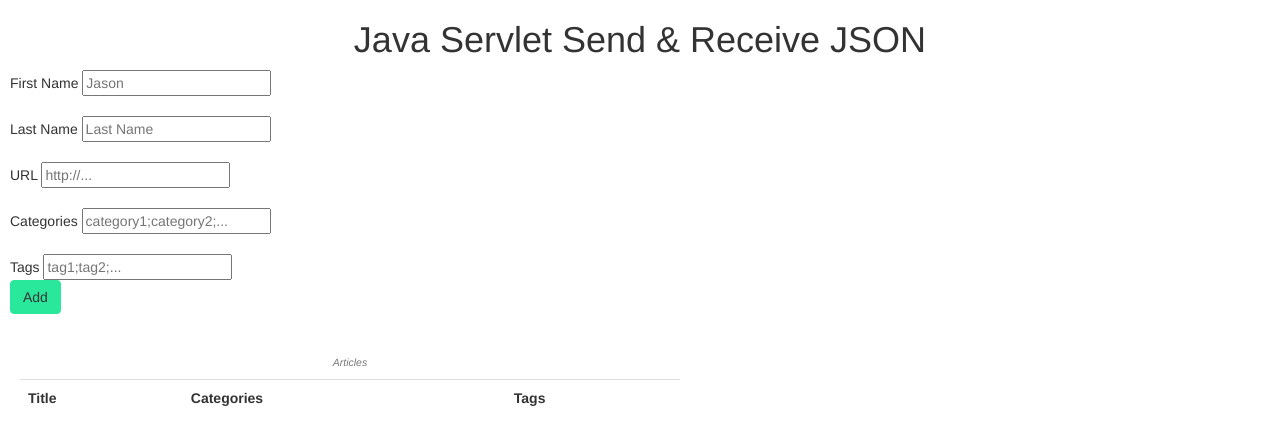
Repository: Zacharilius/JaSON
Page: JaSON_DynWebProj/WebContent/index.html
The author's editor kept a copy of each file at every save. The page is drawn from the files as they stood at one save, then again after the next save.
The browser window is 1280 px wide. The pictures show the whole page.

Above is the page before, as saved 2015-02-15 16:17:09.
Not found: JaSON_DynWebProj/WebContent/js/myfunctions.js

### JaSON_DynWebProj/WebContent/index.html
<!DOCTYPE HTML>
<html>
<head>
<meta charset="utf-8">
<title>Java Servlet JSON</title>
<script src="js/jquery.min.js"></script>

<!-- bootstrap just to have good looking page -->
<link href="bootstrap/bootstrap.min.css" type="text/css" rel="stylesheet" />

<!-- we code these -->
<script src="js/myfunctions.js"></script>

</head>

<body>

    <h1 style="text-align:center">Java Servlet Send & Receive JSON<br></h1>

    <!-- article inputs -->
    <div class="article" style="margin:10px;">
        <div class="input-prepend">
            <span class="add-on">First Name</span>
            <input class="span4" id="firstName" name="firstName" type="text" placeholder="Jason">
        </div>
        <br/>
        <div class="input-prepend">
            <span class="add-on">Last Name</span>
            <input class="span4" id="lastName" name="lastName" type="text" placeholder="Last Name">
        </div>
        <br/>
        <div class="input-prepend">
            <span class="add-on">URL</span>
            <input class="span4" id="url" name="url" type="text" placeholder="http://...">
        </div>
        <br/>
        <div class="input-prepend">
            <span class="add-on">Categories</span>
            <input class="span2" id="categories" name="categories" type="text" placeholder="category1;category2;...">
        </div>
        <br/>
        <div class="input-prepend">
            <span class="add-on">Tags</span>
            <input class="span2" id="tags" name="tags" type="text" placeholder="tag1;tag2;...">
        </div>
        <p>
            <button class="btn btn-primary" type="button" onclick="sendAjax()">Add</button>
        </p>
    </div>

    <!-- display all articles -->
    <div style="width:700px;padding:20px;S">
        <h5 style="text-align:center"><i style="color:#ccc"><small>Articles</small></i></h5>

        <table id="added-articles" class="table">
            <tr>
                <th>Title</th>
                <th>Categories</th>
                <th>Tags</th>
            </tr>
        </table>
    </div>
</body>
</html>

Loaded but not shown: JaSON_DynWebProj/WebContent/js/jquery.min.js (library); JaSON_DynWebProj/WebContent/bootstrap/bootstrap.min.css (library)

After the next save:
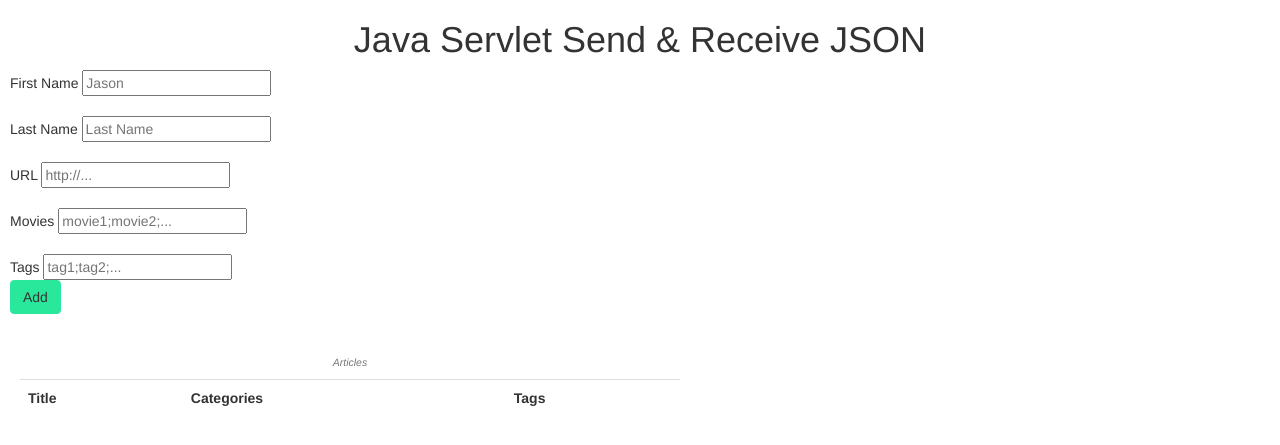
Saved 44 s later.
--- a/JaSON_DynWebProj/WebContent/index.html
+++ b/JaSON_DynWebProj/WebContent/index.html
@@ -35,8 +35,8 @@
         </div>
         <br/>
         <div class="input-prepend">
-            <span class="add-on">Categories</span>
-            <input class="span2" id="categories" name="categories" type="text" placeholder="category1;category2;...">
+            <span class="add-on">Movies</span>
+            <input class="span2" id="movies" name="movies" type="text" placeholder="movie1;movie2;...">
         </div>
         <br/>
         <div class="input-prepend">
